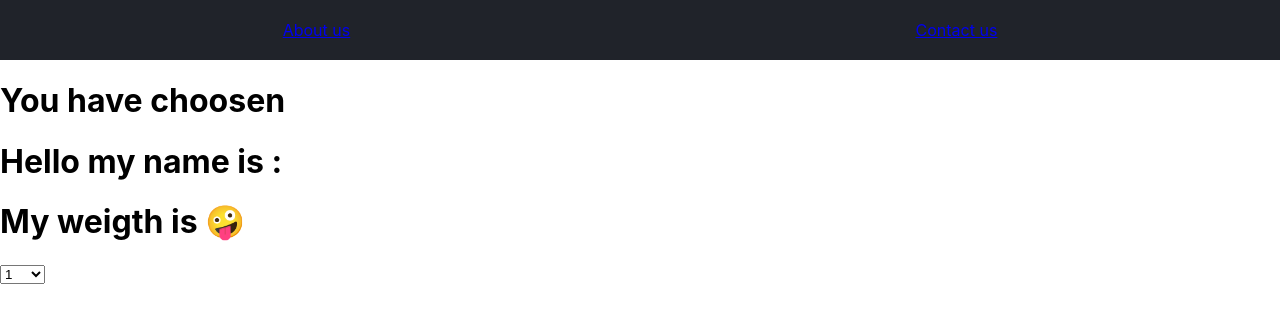
Repository: shah-zx/Pokemon
Page: /
These files come from the project's save history. The page is drawn as it stood at one moment and after the next save; the edit follows.
The browser window is 1280 px wide. The pictures show the whole page.
The page's requests for data from a server got no answer. The project was rebuilt for these pictures with package versions that can differ from the ones it lists, and the page was loaded fresh each time. No one was signed in, and anything a server would have sent is missing. Also part of the build but not shown: src/App.css, src/components/Contact.jsx, src/components/About.jsx.

Above is the page before, as saved 2021-11-21 14:32:01.

### src/index.css
body {
  margin: 0;
  font-family: -apple-system, BlinkMacSystemFont, 'Segoe UI', 'Roboto', 'Oxygen',
    'Ubuntu', 'Cantarell', 'Fira Sans', 'Droid Sans', 'Helvetica Neue',
    sans-serif;
  -webkit-font-smoothing: antialiased;
  -moz-osx-font-smoothing: grayscale;
}

code {
  font-family: source-code-pro, Menlo, Monaco, Consolas, 'Courier New',
    monospace;
}

.menu_style{
width: 100%;
line-height: 60px;
background-color: #20232a;
display: flex;
justify-content: space-around;
}

### src/App.js
import logo from './logo.svg';
import './App.css';
import ComA from './components/ComA';
import Contact from './components/Contact';
import {BrowserRouter} from "react-router-dom"
import {Routes , Route} from "react-router-dom";
import About from './components/About';
import Navbar from './components/Navbar';
function App() {
  const Name = () => {
    return <h1> This is the name page </h1>
  }
  return (
    <BrowserRouter>
      <Navbar />
       <Routes>
         <Route path = "/" element = {<ComA/>} />
         <Route path = "/about" element = {<About/>} />
         <Route path = "/contact" element = {<Contact/>} />
         <Route path = "/contact/Name" element = {<Name/>} />
       </Routes>
    </BrowserRouter>
  );
}

export default App;

### src/components/ComA.jsx
import React, { useState, useEffect } from 'react'
import axios from 'axios'


function ComA() {
    const [num, setNum] = useState();
    const [name, setName] = useState();
    const [weight, setWeight] = useState();

    const handleThat = (event) => {
        setNum(event.target.value)
    }

    useEffect(() => {
        async function getData() {
            const res = await axios.get(`https://pokeapi.co/api/v2/pokemon/${num}`);
            setName(res.data.name)
            setWeight(res.data.weight)
        }
        getData();
    })
    return (
        <>
            <h1> You have choosen {num} </h1>
            <h1> Hello my name is : {name}</h1>
            <h1>My weigth is {weight} 🤪</h1>
            <select
                value={num}
                onChange={handleThat}>
                <option value="1">1</option>
                <option value="500">500</option>
                <option value="3">10</option>
                <option value="4">15</option>
                <option value="5">20</option>
            </select>
        </>
    )
}

export default ComA

### src/components/Navbar.jsx
import React from 'react'
import {Link} from "react-router-dom"

function Navbar() {
    return (
        <>
        <div className = "menu_style">
        <Link activeClassName = "active_class" to = "/about">About us</Link>
        <Link activeClassName = "active_class" to = "/contact">Contact us</Link>
        </div>
        </>
    )
}

export default Navbar

Loaded but not shown: public/index.html (common file); src/index.js (common file); src/reportWebVitals.js (common file)

After the next save:
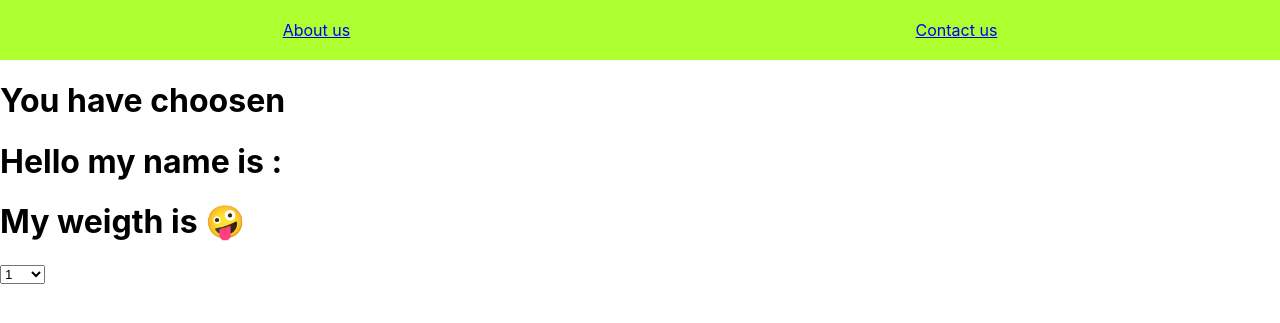
Saved 68 s later.
--- a/src/index.css
+++ b/src/index.css
@@ -15,7 +15,7 @@ code {
 .menu_style{
 width: 100%;
 line-height: 60px;
-background-color: #20232a;
+background-color: greenyellow;
 display: flex;
 justify-content: space-around;
 }
